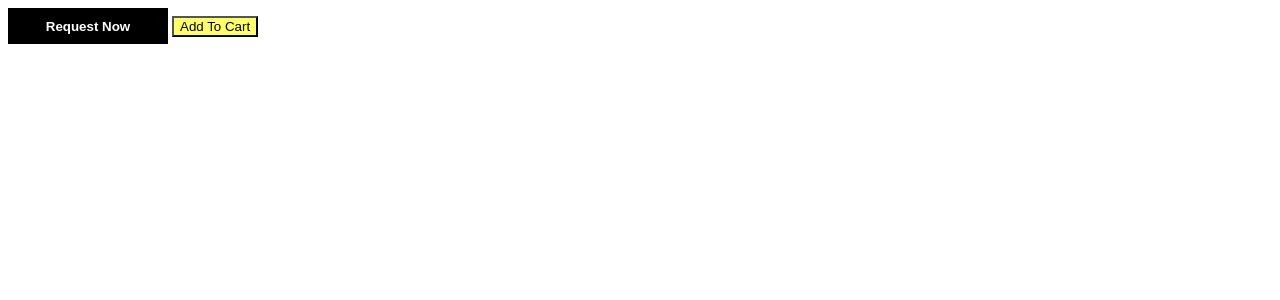
Repository: RagulRanjeeth/Frontend
Page: ButtonsExercise.html
An editor plug-in stored every save of this project. The page is shown before and after the next save, followed by the edit.
The browser window is 1280 px wide. The pictures show the whole page.

Above is the page before, as saved 2026-01-19 13:17:38.

After the next save:
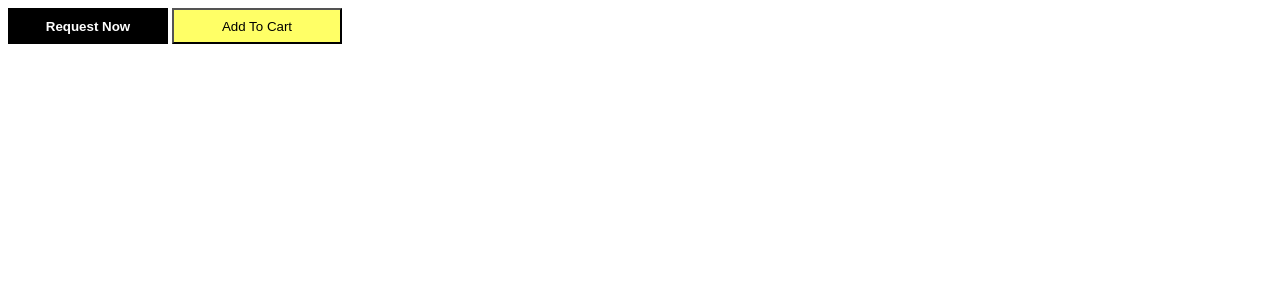
Saved 26 s later.
--- a/ButtonsExercise.html
+++ b/ButtonsExercise.html
@@ -11,6 +11,9 @@
 .amazon{
     background-color: rgba(255, 255, 72, 0.836);
     color: black;
+    height: 36px;
+    width: 170px;
+
 
 }
 </style>
